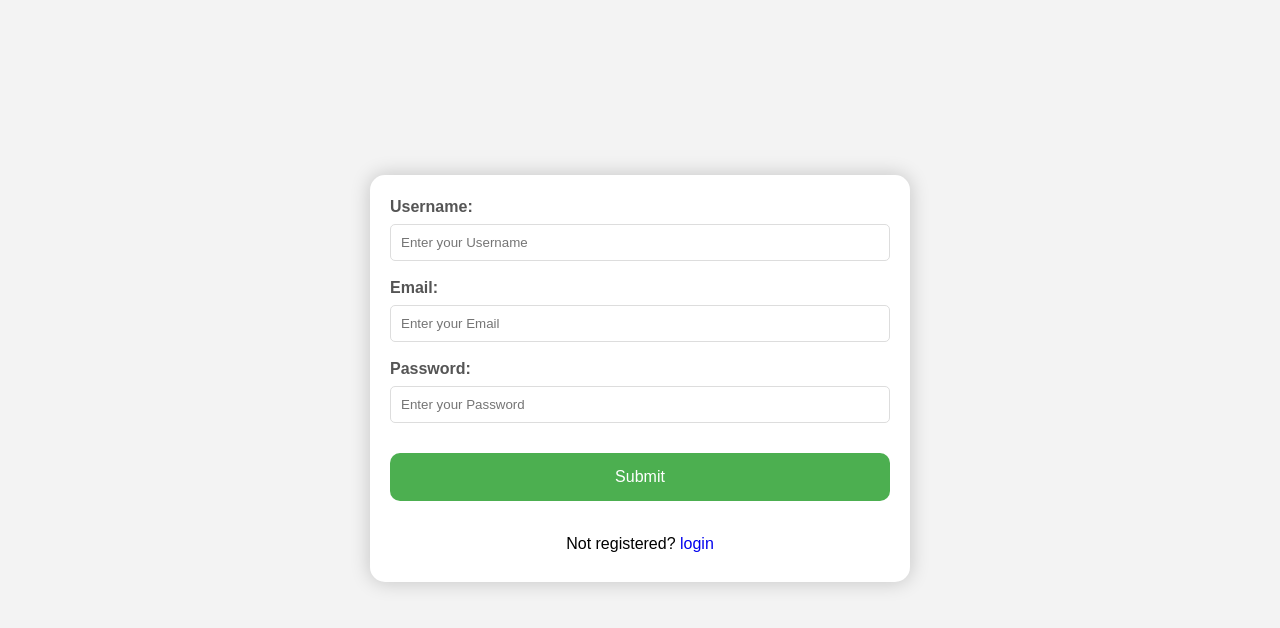
Repository: alizey12/Regestratin-Form-js
Page: regester.html
The author's editor kept a copy of each file at every save. The page is drawn from the files as they stood at one save, then again after the next save.
The browser window is 1280 px wide. The pictures show the whole page.

Above is the page before, as saved 2024-11-29 13:31:54.

After the next save:
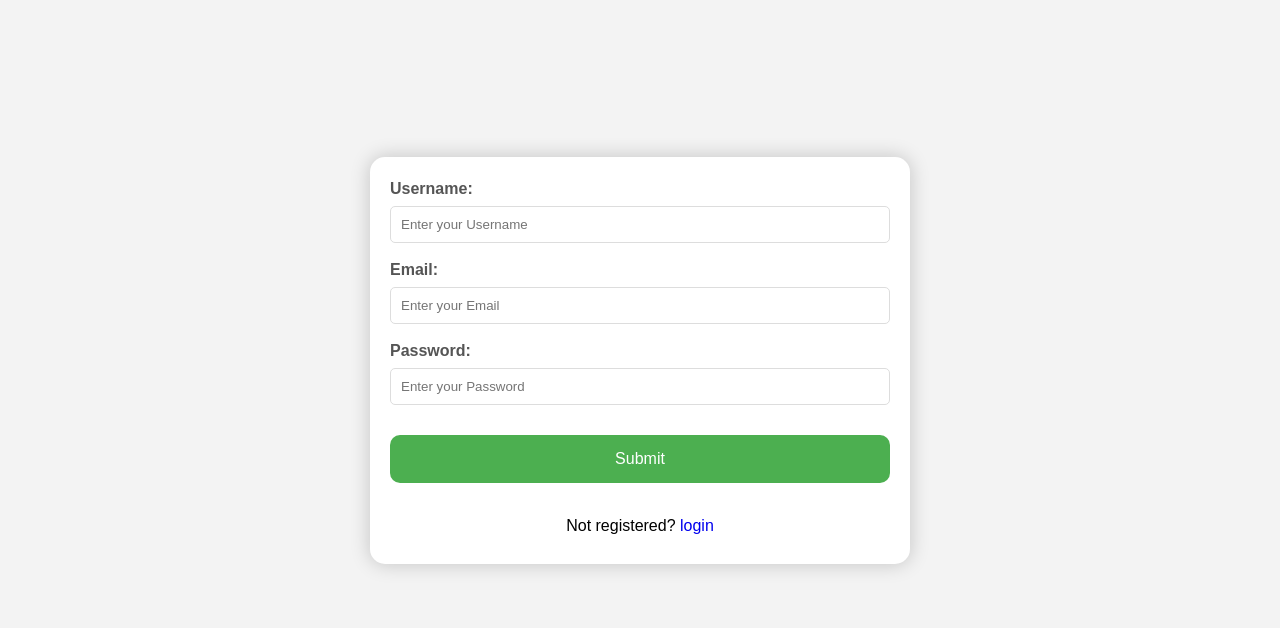
Saved 9 s later.
--- a/regester.html
+++ b/regester.html
@@ -8,16 +8,6 @@
 </head>
 <body>
 
-    <!DOCTYPE html>
-    <html lang="en">
-    <head>
-        <meta charset="UTF-8">
-        <meta name="viewport" content="width=device-width, initial-scale=1.0">
-        <link rel="stylesheet" href="signin.css">
-        <title>Document</title>
-    </head>
-    <body>
-        <h3></h3>
     <div class="main">
 
 

After the save that followed:
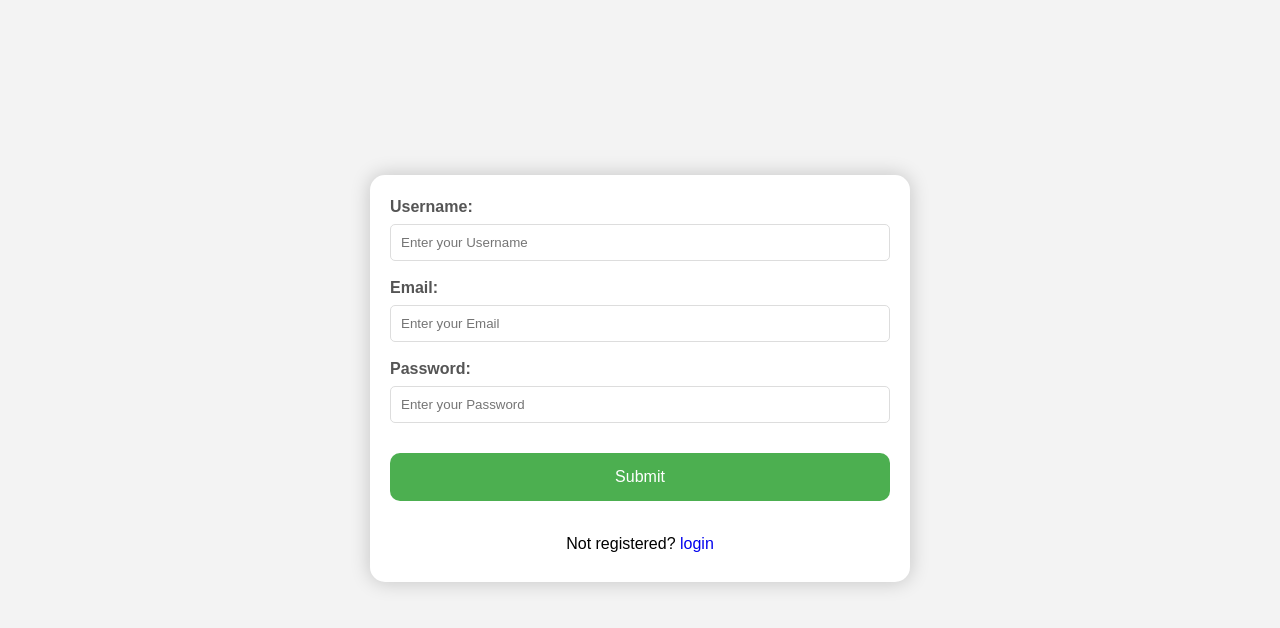
Saved 3 min 14 s later.
--- a/regester.html
+++ b/regester.html
@@ -7,7 +7,7 @@
     <title>Regestration form</title>
 </head>
 <body>
-
+<h3></h3>
     <div class="main">
 
 
